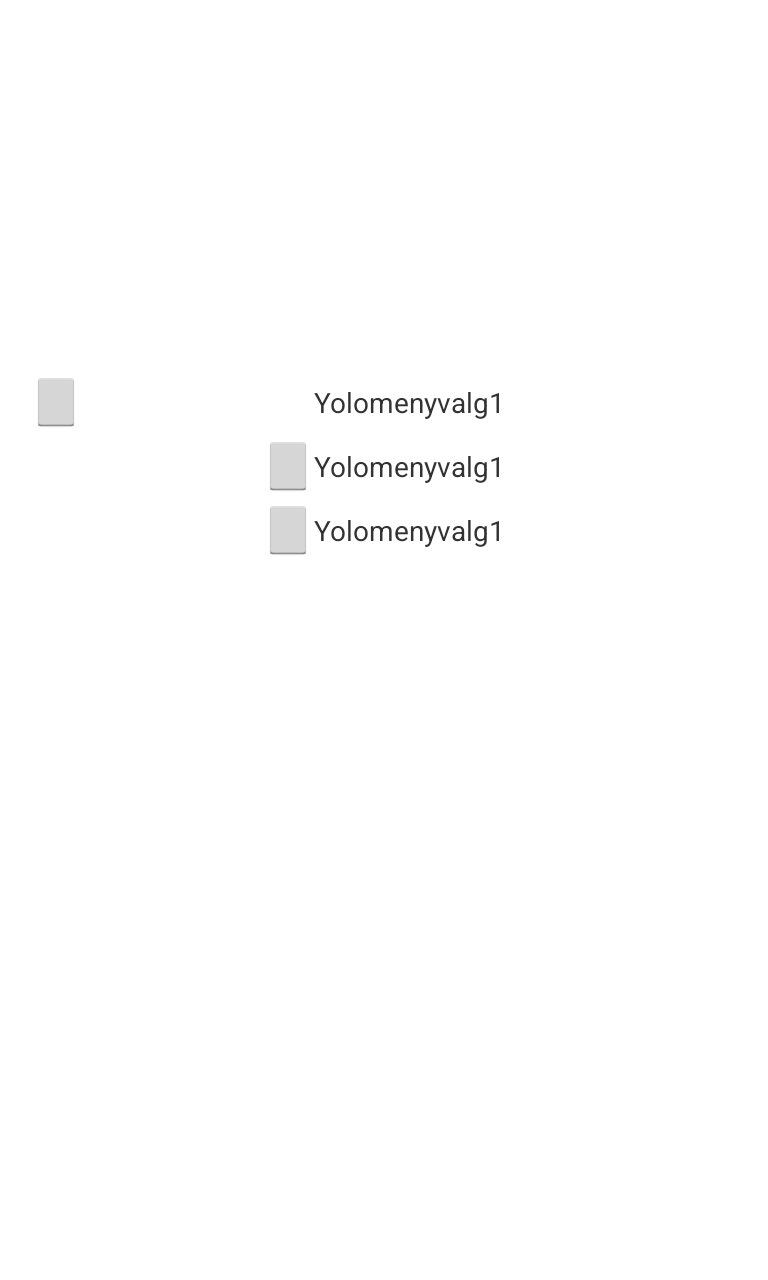
Repository: pumalove/workspace
Layout: MainActivity/res/layout/gridview.xml
The author's editor kept a copy of each file at every save. The layout is drawn from the files as they stood at one save, then again after the next save.
It is drawn on a 768 x 1280 px phone screen (xhdpi) without system bars, with theme AppTheme; the app's code is not run. Lists and similar views that code fills are empty.

Above is the layout before, as saved 2014-03-17 11:51:25.

After the next save:
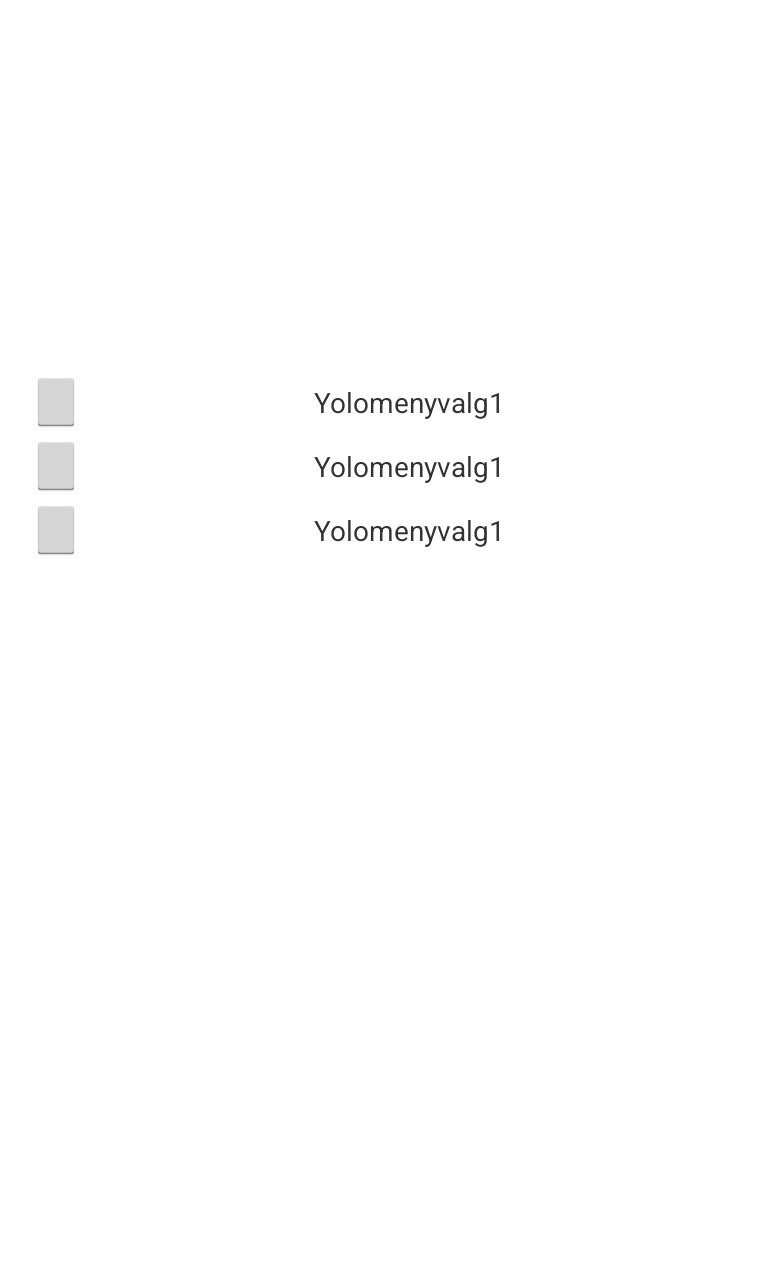
Saved 76 s later.
--- a/MainActivity/res/layout/gridview.xml
+++ b/MainActivity/res/layout/gridview.xml
@@ -58,8 +58,7 @@
                 	android:layout_gravity="center"
                 	android:text="Yolomenyvalg1"/>
 			</LinearLayout>
-
-            </LinearLayout>
+		</LinearLayout>
 
 
         <LinearLayout
@@ -77,10 +76,17 @@
                 android:layout_gravity="center"
                 />
 
-            <TextView
-                android:layout_width="wrap_content"
-                android:layout_height="wrap_content"
-                android:text="Yolomenyvalg1"/>
+           <LinearLayout
+			    android:layout_width="fill_parent"
+            	android:layout_height="wrap_content"
+            	android:gravity="center"
+            	android:layout_gravity="center" >
+            	<TextView
+                	android:layout_width="wrap_content"
+                	android:layout_height="wrap_content"
+                	android:layout_gravity="center"
+                	android:text="Yolomenyvalg1"/>
+			</LinearLayout>
 
         </LinearLayout>
 
@@ -99,10 +105,17 @@
                 android:layout_gravity="center"
                 />
 
-            <TextView
-                android:layout_width="wrap_content"
-                android:layout_height="wrap_content"
-                android:text="Yolomenyvalg1"/>
+            <LinearLayout
+			    android:layout_width="fill_parent"
+            	android:layout_height="wrap_content"
+            	android:gravity="center"
+            	android:layout_gravity="center" >
+            	<TextView
+                	android:layout_width="wrap_content"
+                	android:layout_height="wrap_content"
+                	android:layout_gravity="center"
+                	android:text="Yolomenyvalg1"/>
+			</LinearLayout>
 
         </LinearLayout>
     </LinearLayout>
